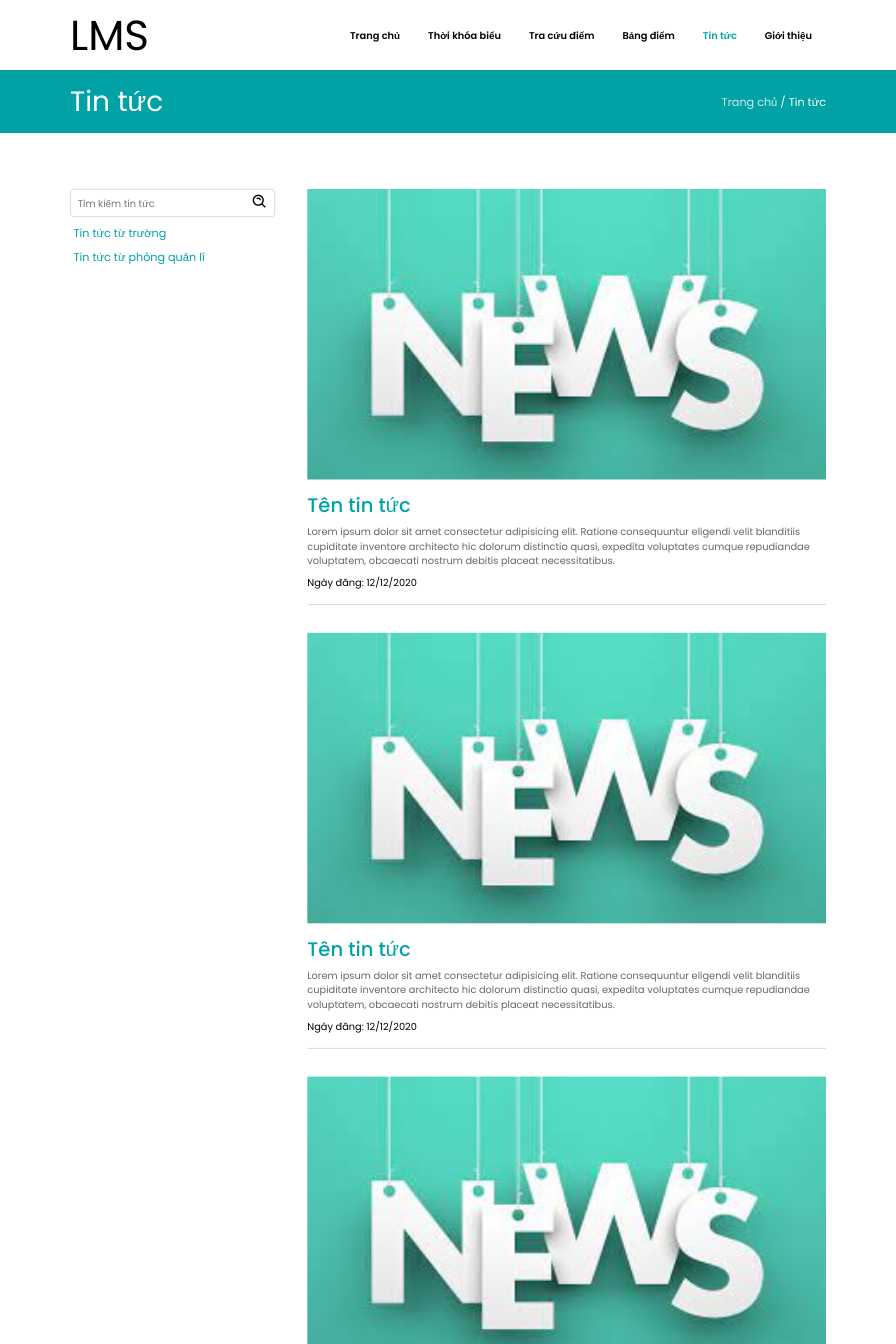
Repository: dungdungptit/LMS
Page: template/news.html
The author's editor kept a copy of each file at every save. The page is drawn from the files as they stood at one save, then again after the next save.
The browser window is 1280 px wide. The pictures show the part of the page from y = 0 to 1920 px (the page is 3965 px tall), at 70% of full size.

Above is the page before, as saved 2022-04-29 08:04:24.

After the next save:
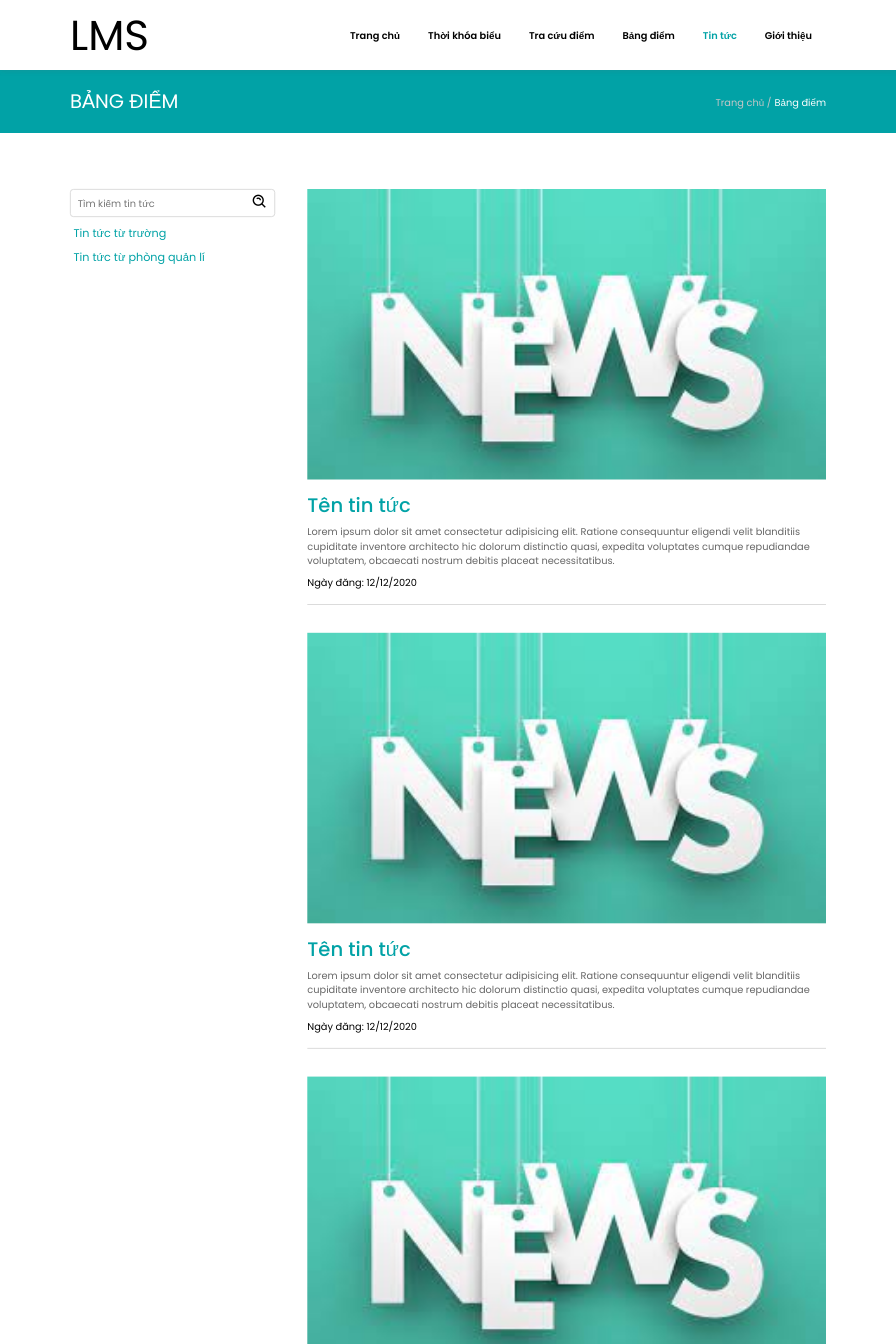
Saved 58 s later.
--- a/template/news.html
+++ b/template/news.html
@@ -39,10 +39,13 @@
         </div>
       </header>
       <div id="page">
-        <section class="heading">
-          <h1>Tin tức</h1>
-          <p> <a href="index.html">Trang chủ</a> / Tin tức </p>
-        </section>
+        <div class="heading">
+          <h10 class="heading-title">Bảng điểm</h10>
+          <span class="heading-link">
+            <a href="index.html">Trang chủ /</a>
+            <span>Bảng điểm</span>
+          </span>
+        </div>
         <section class="news">
           <div class="col-left">
             <div class="news-search">
